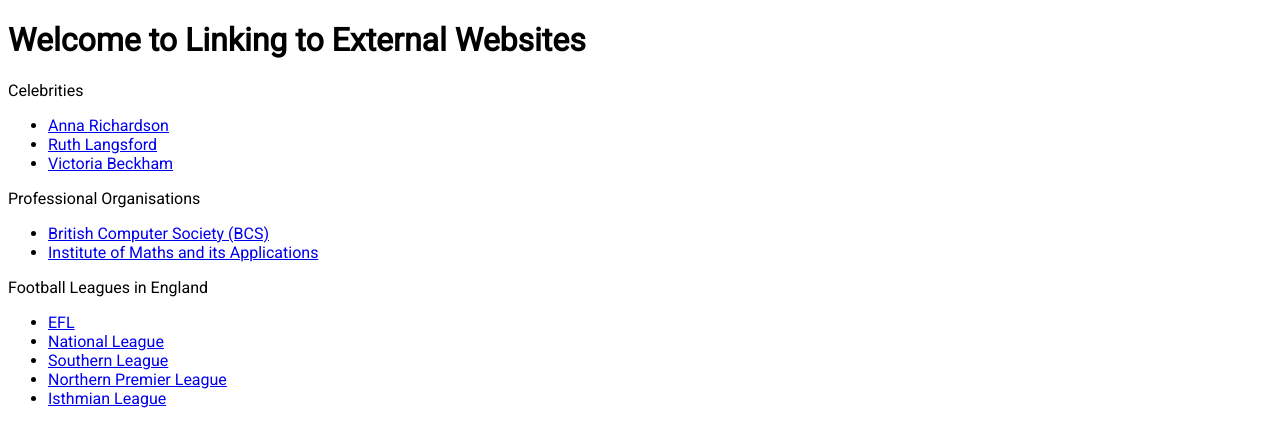
Repository: derektypist/linking-to-external-websites
Page: index.html
The author's editor kept a record of every edit. The page is drawn from the files as they stood at one moment, then again after the next edit.
The browser window is 1280 px wide. The pictures show the whole page.

Above is the page before.

### index.html
<!DOCTYPE html>
<html lang="en">

<head>
    <meta charset="UTF-8">
    <meta name="viewport" content="width=device-width, initial-scale=1.0">
    <meta http-equiv="X-UA-Compatible" content="ie=edge">
    <title>Linking to External Websites</title>
    <!-- Load Style Sheets -->
    <link href="https://fonts.googleapis.com/css?family=Roboto&display=swap" rel="stylesheet">
    <link href="style.css" rel="stylesheet">
</head>

<body>

    <h1>Welcome to Linking to External Websites</h1>

    <!-- Provide List Items and Links for Celebrities -->
    <section>
        <p>Celebrities</p>
        <ul>
            <li><a href="https://www.annarichardson.co.uk" title="Anna Richardson" target="_blank">Anna Richardson</a></li>
            <li><a href="https://www.officialruthlangsford.com" title="Ruth Langsford" target="_blank">Ruth Langsford</a></li>
            <li><a href="https://www.victoriabeckham.com" title="Victoria Beckham" target="_blank">Victoria Beckham</a></li>
        </ul>
    </section>

    <!-- Provide List Items and Links for Professional Organisations -->
    <section>
        <p>Professional Organisations</p>
        <ul>
            <li><a href="https://www.bcs.org" title="BCS" target="_blank">British Computer Society (BCS)</a></li>
            <li><a href="https://www.ima.org.uk" title="Institute of Maths and its Applications" target="_blank">Institute of Maths and its Applications</a></li>
        </ul>
    </section>


    <!-- Provide List Items and Links for Football Leagues in England -->
    <section>
        <p>Football Leagues in England</p>
        <ul>
            <li><a href="https://www.efl.com" title="EFL" target="_blank">EFL</a></li>
            <li><a href="https://www.thenationalleague.org.uk" title="National League" target="_blank">National League</a></li>
            <li><a href="https://www.betvictorsouthern.co.uk" title="Southern League" target="_blank">Southern League</a></li>
            <li><a href="https://www.betvictornorthernpremier.co.uk" title="Northern Premier League" target="_blank">Northern Premier League</a></li>
            <li><a href="https://www.betvictoristhmian.co.uk" title="Isthmian League" target="_blank">Isthmian League</a></li>
        </ul>
    </section>

</body>

</html>

### style.css
/* Body */

body {
    font-family: "Roboto", Arial, Verdana, sans-serif;
}

After the next edit:
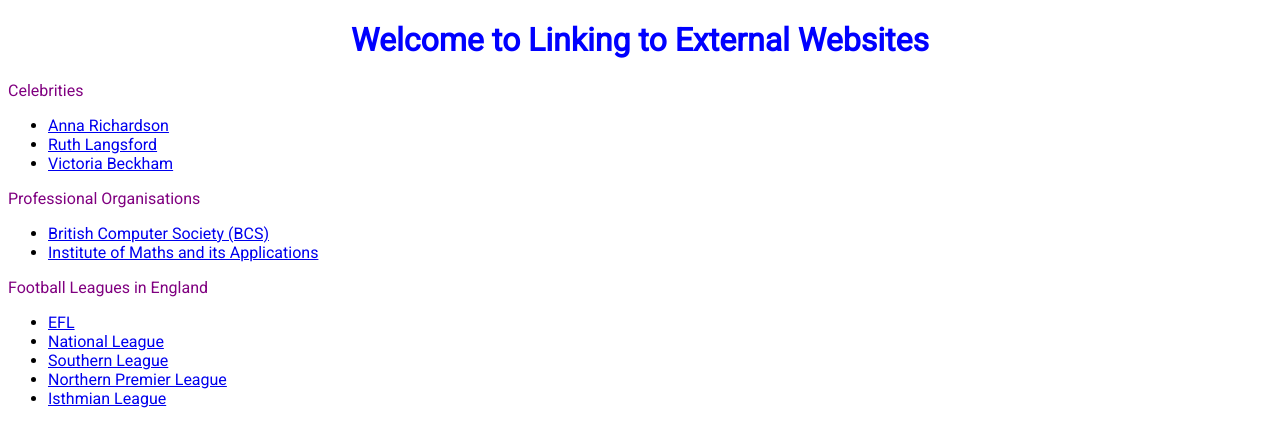
The edit:
--- a/style.css
+++ b/style.css
@@ -3,3 +3,14 @@
 body {
     font-family: "Roboto", Arial, Verdana, sans-serif;
 }
+
+/* Heading */
+h1 {
+    color: blue;
+    text-align: center;
+}
+
+/* Paragraph */
+p {
+    color: purple;
+}
